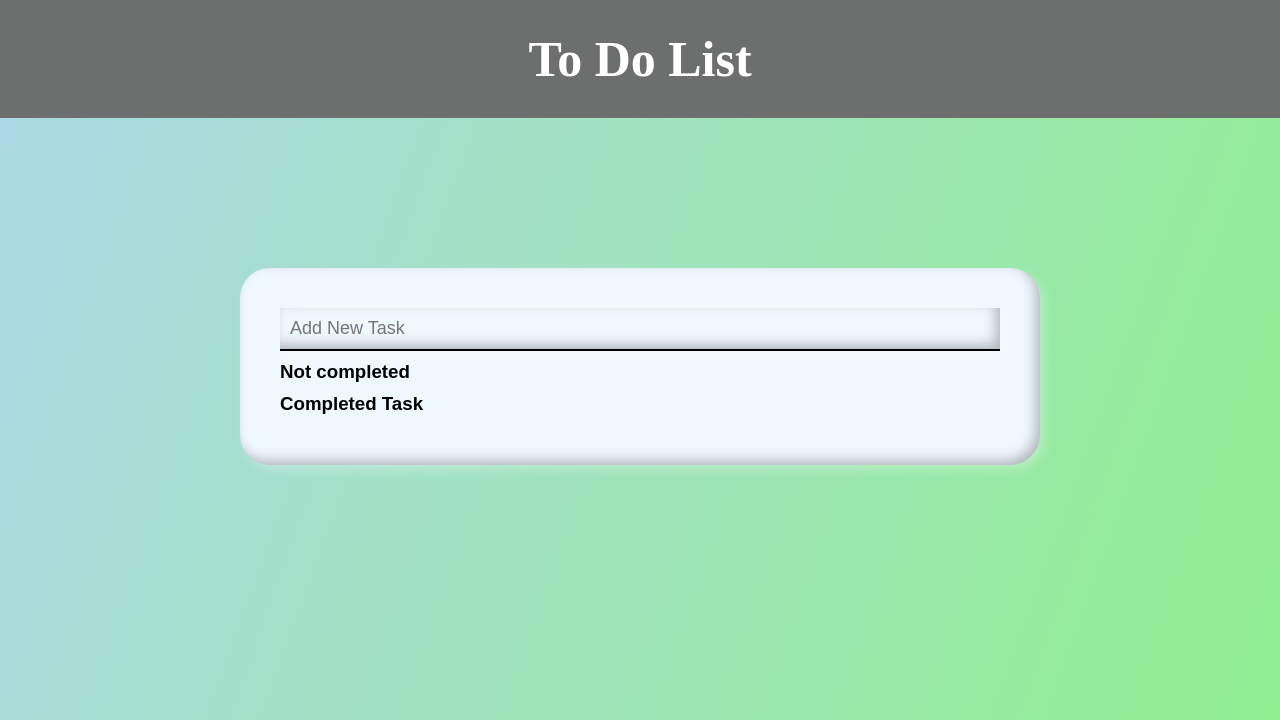
Repository: Mayur2905/OIBSIP
Page: Task-6/index.html
These files come from the project's save history. The page is drawn as it stood at one moment and after the next save; the edit follows.
The browser window is 1280 px wide. The pictures show the whole page.

Above is the page before, as saved 2022-02-05 22:04:12.

After the next save:
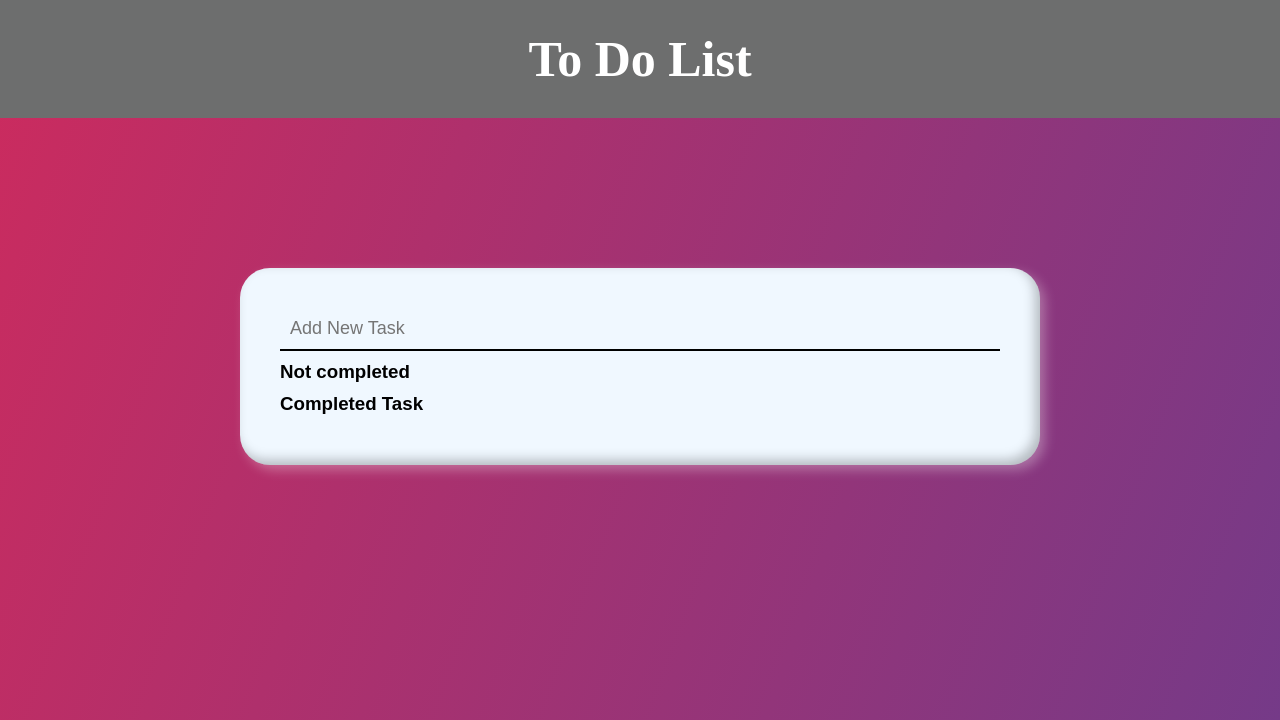
Saved 2 min 4 s later.
--- a/Task-6/style.css
+++ b/Task-6/style.css
@@ -5,7 +5,7 @@
   box-sizing: border-box;
 }
 body {
-  background-image: linear-gradient(110deg, lightblue, lightgreen);
+  background-image: linear-gradient(110deg, #cc2b5e, #753a88);
   min-height: 100vh;
 }
 
@@ -41,8 +41,6 @@ h1 {
   padding: 10px;
   outline: none;
   font-size: 18px;
-  box-shadow: inset -5px -5px 12px rgba(0, 0, 0, 0.25),
-    5px 5px 12px rgba(255, 255, 255, 0.3);
 }
 .textb1 {
   width: 100%;
@@ -63,8 +61,6 @@ h3 {
   padding: 8px;
   margin: 8px 0;
   overflow: hidden;
-  box-shadow: inset -5px -5px 12px rgba(0, 0, 0, 0.25),
-    5px 5px 12px rgba(255, 255, 255, 0.3);
 }
 .task i {
   float: right;
@@ -75,8 +71,6 @@ h3 {
 .complete .task {
   background: rgba(0, 0, 0, 0.5);
   color: #ffff;
-  box-shadow: inset -5px -5px 12px rgba(0, 0, 0, 0.25),
-    5px 5px 12px rgba(255, 255, 255, 0.3);
 }
 
 .fa-trash-alt {
